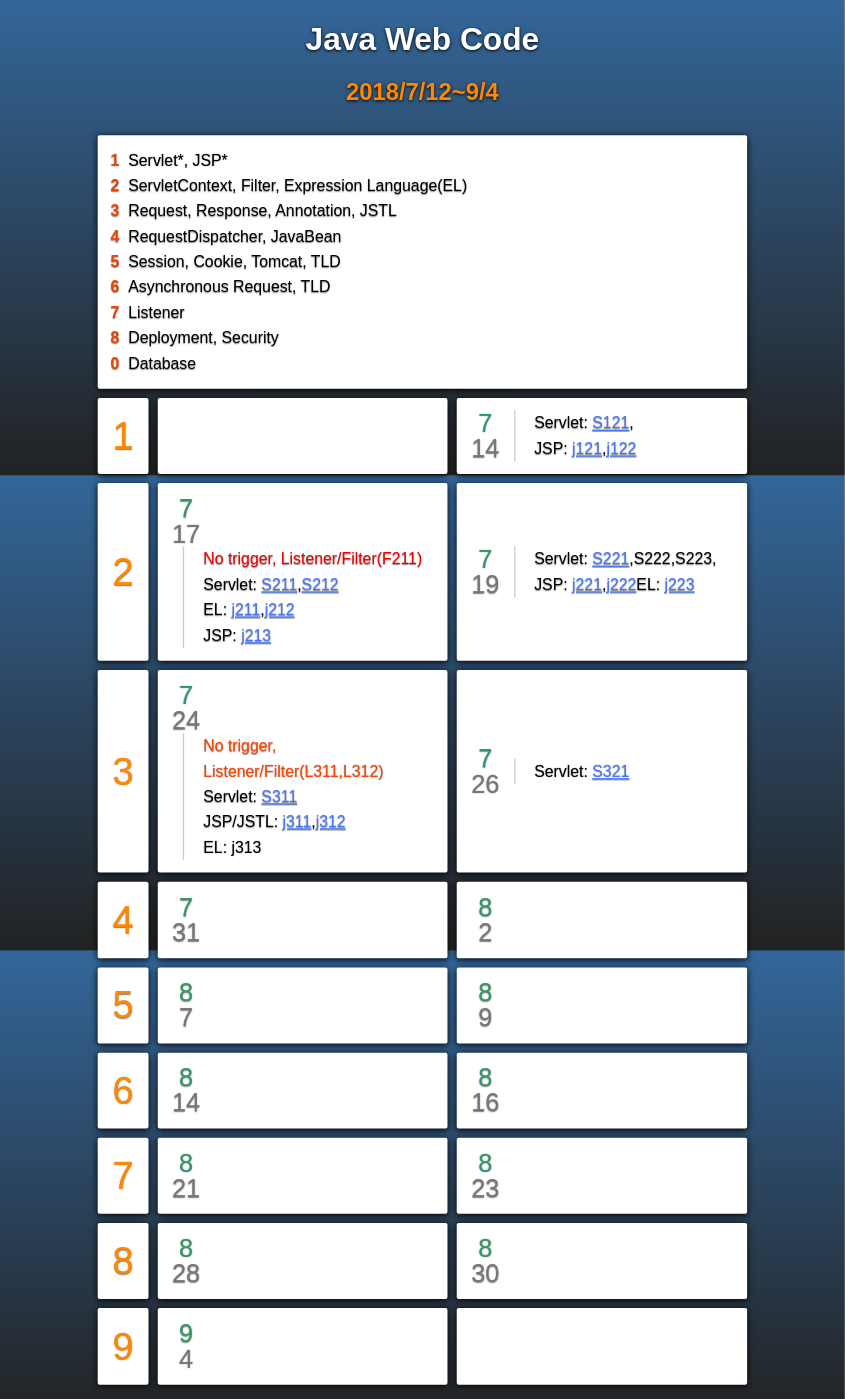
Repository: anxhuang/Java_Web
Page: http://localhost/code/index.jsp
These files come from the project's save history. The page is drawn as it stood at one moment and after the next save; the edit follows.
The browser window is 1280 px wide. The pictures show the whole page, at 66% of full size.
Backgrounds fixed to the window are drawn as part of the page. The page is served by Tomcat 9. Other server files are loaded and not shown.

Above is the page before, as saved 2018-07-26 11:18:16.

### code/WebContent/index.jsp
<%@ page language="java" pageEncoding="UTF-8"%>
<!DOCTYPE html>
<html>
<head>
<meta charset="BIG5">
<title>Insert title here</title>
<style>
	body{
		font-size: 0.25in;
		font-family: Arial;
		background: linear-gradient(#369, #222);
		background-attachment: fixed;
	}
	h1{
		color: #FFF;
		text-shadow: 0px 1px 5px #000;
		text-align: center;
	}
	h2{
		color: #F80;
		text-shadow: 0px 1px 5px #000;
		text-align: center;
	}
	red{
		color: #E40;
		font-weight: bold;
	}
	.orange{
		color: #F80;
		font-size: 0.6in;
		text-align: center;
	}
	.date{
		width: 0.5in;
		color: #396;
		font-size: 0.4in;
		text-align: center;
	}
	.ex{
		padding-left: 0.3in;
		margin-left: 0.2in;
		border-left: 2px solid #CCC;
	}
	grey{
		color: #777;
	}
	table{
		width: 80%;
		margin: 0 auto;
		border-spacing: 0.15in;
	}
	td{
		color: #000;
		text-shadow: 0px 1px 2px #777;
		line-height: 0.4in;
		padding: 0.2in;
		background: rgba(255,255,255,1.0);
		box-shadow: 0px 2px 10px #000;
		border-radius: 3px;
		vertical-align: middle;
	}
	td div{
		display: inline-block;
		vertical-align: middle;
	}
	td:first-child{
		width: 8%;
	}
	td:nth-child(2){
		width: 46%;
	}
	td:nth-child(3){
		width: 46%;
	}
	a:link		{color: #47F;}
	a:visited	{color: #47F;}
</style>
</head>
<body>

	<h1>Java Web Code</h1><h2>2018/7/12~9/4</h2>

	<table>
		<tbody>
			<tr>
				<td colspan="3">
					<%@ page import="java.util.ArrayList" %>

					<%
					String topics[][]={
						{"1","Servlet*, JSP*"},
						{"2","ServletContext, Filter, Expression Language(EL)"},
						{"3","Request, Response, Annotation, JSTL"},
						{"4","RequestDispatcher, JavaBean"},
						{"5","Session, Cookie, Tomcat, TLD"},
						{"6","Asynchronous Request, TLD"},
						{"7","Listener"},
						{"8","Deployment, Security"},
						{"0","Database"},
					};
					for (String[] topic:topics){
						out.print("<red>"+topic[0]+"</red>&nbsp;&nbsp;"+topic[1]+"<br>");
					}
					%>
				</td>
			</tr>

				<%
					ArrayList<String>	date=new ArrayList<>();
					ArrayList<String>	ex=new ArrayList<>();
					date.add("");
					date.add("7<br><grey>14</grey>");
					date.add("7<br><grey>17</grey>");
					date.add("7<br><grey>19</grey>");
					date.add("7<br><grey>24</grey>");
					date.add("7<br><grey>26</grey>");
					date.add("7<br><grey>31</grey>");
					date.add("8<br><grey>2</grey>");
					date.add("8<br><grey>7</grey>");
					date.add("8<br><grey>9</grey>");
					date.add("8<br><grey>14</grey>");
					date.add("8<br><grey>16</grey>");
					date.add("8<br><grey>21</grey>");
					date.add("8<br><grey>23</grey>");
					date.add("8<br><grey>28</grey>");
					date.add("8<br><grey>30</grey>");
					date.add("9<br><grey>4</grey>");
					date.add("");
					ex.add("");
					ex.add("Servlet: <a href='S121'>S121</a>,<br>JSP: <a href='j121.jsp'>j121</a>,<a href='j122.jsp'>j122</a>");
					ex.add("<font color=#F40'>No trigger, Listener/Filter(F211)</font><br>Servlet: <a href='S211'>S211</a>,<a href='S212'>S212</a><br>EL: <a href='j211.jsp'>j211</a>,<a href='j212.jsp'>j212</a><br>JSP: <a href='j213.jsp'>j213</a>");
					ex.add("Servlet: <a href='S221'>S221</a>,S222,S223,<br>JSP: <a href='j221.jsp'>j221</a>,<a href='j222.jsp'>j222</a>EL: <a href='j223.jsp'>j223</a>");
					ex.add("<font color='#F40'>No trigger, Listener/Filter(L311,L312)</font><br>Servlet: <a href='S311'>S311</a><br>JSP/JSTL: <a href='j311.jsp'>j311</a>,<a href='j312.jsp'>j312</a><br>EL: j313");
					ex.add("Servlet: <a href='S321'>S321</a>");
					ex.add("");
					ex.add("");
					ex.add("");
					ex.add("");
					ex.add("");
					ex.add("");
					ex.add("");
					ex.add("");
					ex.add("");
					ex.add("");
					ex.add("");
					ex.add("");
					ex.add("");
					ex.add("");
					for (int i=1; i<=9; i++){
						out.print("<tr><td class='orange'>"+i+"</td><td><div class='date'>"+date.get(i*2-2)+"</div><div class='ex'>"+ex.get(i*2-2)+"</div></td><td><div class='date'>"+date.get(i*2-1)+"</div><div class='ex'>"+ex.get(i*2-1)+"</div></td></tr>");
					}
				%>
		</tbody>
	</table>
</body>
</html>

After the next save:
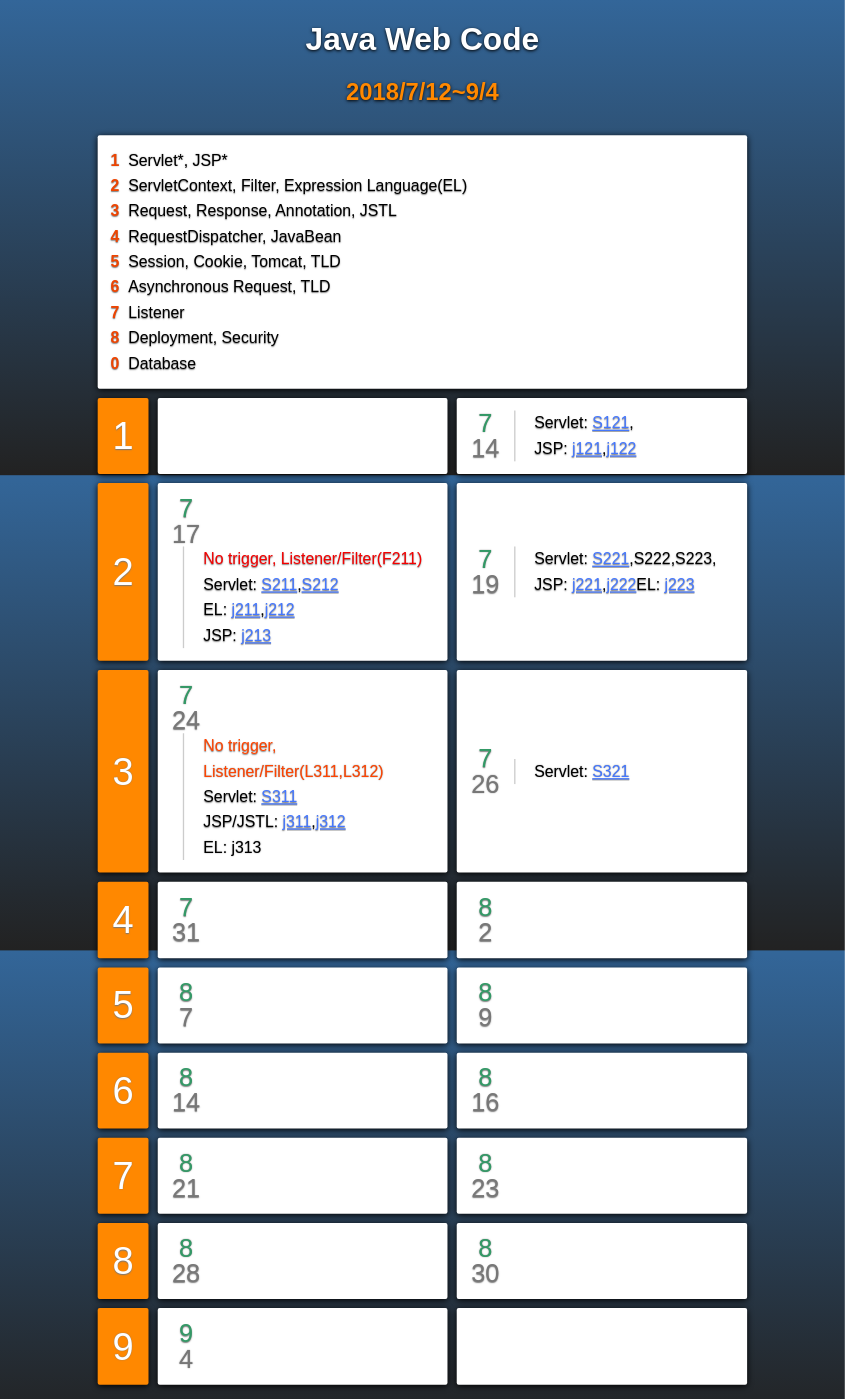
Saved 47 s later.
--- a/code/WebContent/index.jsp
+++ b/code/WebContent/index.jsp
@@ -26,9 +26,10 @@
 		font-weight: bold;
 	}
 	.orange{
-		color: #F80;
+		color: #FFF;
 		font-size: 0.6in;
 		text-align: center;
+		background: #F80;
 	}
 	.date{
 		width: 0.5in;
